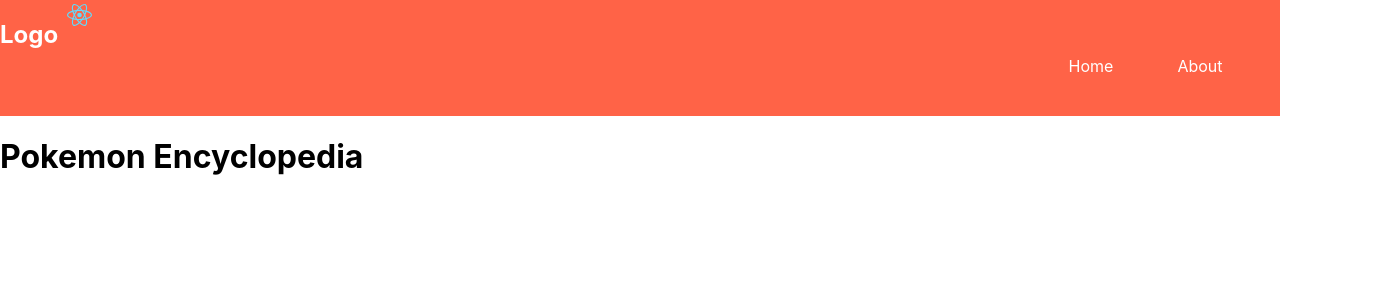
Repository: Gibberlin/pokedex
Page: /
An editor plug-in stored every save of this project. The page is shown before and after the next save, followed by the edit.
The browser window is 1280 px wide. The page is 1379 px wide, then 1302 px, so the pictures cover 1379 px, including what lies to the right of the window. The pictures show the whole page.
The project was rebuilt for these pictures with package versions that can differ from the ones it lists, and the page was loaded fresh each time.

Above is the page before, as saved 2021-09-28 22:34:06.

After the next save:
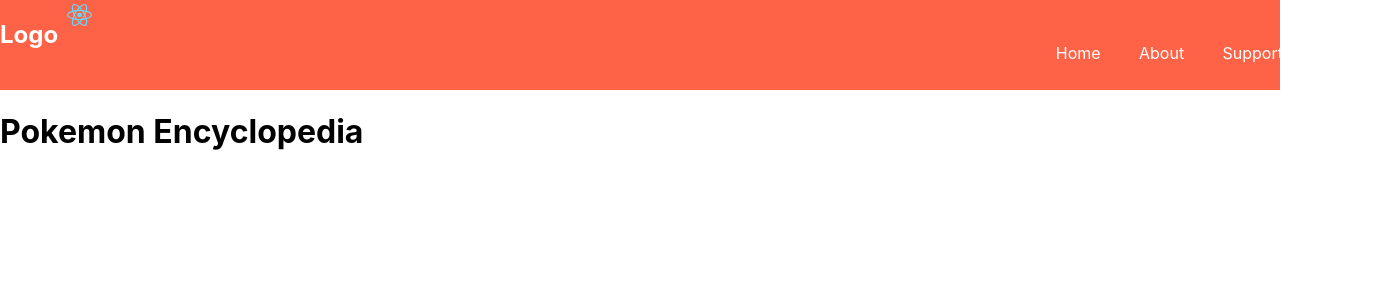
Saved 11 s later.
--- a/src/App.css
+++ b/src/App.css
@@ -4,7 +4,7 @@
   display: flex;
 }
 li {
-  margin: 1rem;
+  margin: 0.2rem;
   padding: 1.5rem 1rem 0.5rem 1rem;
   cursor: pointer;
   border-radius: 5px;
